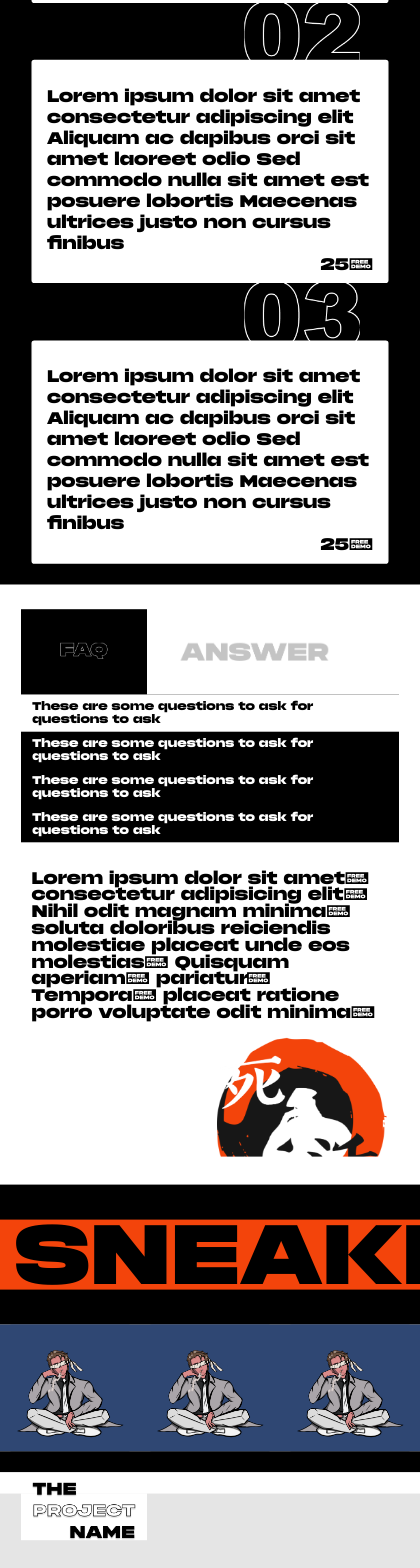
Repository: danishmahmoodawan/Sneakpeak
Page: /
The author's editor kept a copy of each file at every save. The page is drawn from the files as they stood at one save, then again after the next save.
The browser window is 600 px wide. The pictures show the part of the page from y = 1276 to 3516 px (the page is 3516 px tall), at 70% of full size.
The project was rebuilt for these pictures with package versions that can differ from the ones it lists, and the page was loaded fresh each time.

Above is the page before, as saved 2022-02-28 22:22:46.

### public/index.html
<!DOCTYPE html>
<html lang="en">
  <head>
    <meta charset="utf-8" />
    <meta name="viewport" content="width=device-width, initial-scale=1" />
    <link rel="stylesheet" href="https://cdnjs.cloudflare.com/ajax/libs/twitter-bootstrap/4.6.0/css/bootstrap.min.css">
	<link rel="stylesheet" href="https://cdnjs.cloudflare.com/ajax/libs/font-awesome/5.15.4/css/all.min.css">
	<link rel="stylesheet" href="assets/css/style.css">
	<title>SneakPeak</title>
  </head>
  <body>
    <noscript>You need to enable JavaScript to run this app.</noscript>
    <div id="root"></div>
	<script src="https://cdnjs.cloudflare.com/ajax/libs/jquery/3.5.1/jquery.slim.min.js"></script>
	<script src="https://cdnjs.cloudflare.com/ajax/libs/popper.js/1.16.1/umd/popper.min.js"></script>
  <script src="https://cdnjs.cloudflare.com/ajax/libs/twitter-bootstrap/4.6.0/js/bootstrap.min.js"></script>
  <link rel="stylesheet" href="https://fonts.googleapis.com/css2?family=Inter:wght@100;200;300;400;500;600;700;800;900&display=swap"/>
  <link rel="stylesheet" href="https://fonts.googleapis.com/css2?family=VT323:wght@400&display=swap"/>
  </body>
</html>

### src/App.js
import Home from "./pages/Home";

function App() {
  return (
    <div>
      <Home />
    </div>
  );
}

export default App;

### src/pages/Home.js

import { useState, useEffect } from 'react';
function Home() {

  return (
   <>
 <section className="top_section">
            <div className="container">
                <div className="row">
                    <div className="col-12 text-center top_image">
                        <div className="social_div">
                            <img src="assets/images/ICON_INSTA24.png" alt="ICON_INSTA24" className="desktop_image"/>
                            <img src="assets/images/ICON_MEDIUM25.png" alt="ICON_MEDIUM25" className="desktop_image"/>
                            <img src="assets/images/ICON_OS26.png" alt="ICON_OS26" className="desktop_image"/>
                            <img src="assets/images/ICON_TWITTER27.png" alt="ICON_TWITTER27" className="desktop_image"/>
                            <img src="assets/images/ICON_DISCORD28.png" alt="ICON_DISCORD28" className="desktop_image"/>
                        </div>
                    </div>
                </div>
            </div>
        </section>
        <section className="first_section"></section>

        <section className="second_section">
            <div className="container">
                <div className="row d-flex align-items-center justify-content-center">
                    <div className="col-12 col-md-5 left_sec_col img_col">
                        <div className="row">
                          <div className="col-12 right_inner_sec_col row_set_whi">
                                <div className="row">
                                    <div className="col-4 col_white">
                                        <p>PRICE</p>
                                    </div>
                                    <div className="col-8 col_black">
                                        <p>0.15 Ξ</p>
                                    </div>
                                </div>
                                <div className="row">
                                    <div className="col-4 col_white">
                                        <p>TOTAL</p>
                                    </div>
                                    <div className="col-8 col_black">
                                        <p>1125 / 3333</p>
                                    </div>
                                </div>
                                <div className="row">
                                    <div className="col-4 col_white">
                                        <p>LIMIT</p>
                                    </div>
                                    <div className="col-8 col_black">
                                        <p>5 PER TX</p>
                                    </div>
                                </div>
                            </div>
                        </div>

                    </div>
                    <div className="col-12 col-md-2 left_sec_col text-center">
                        <div className="row"><div className="col-12 icon_size p-0"> <a href="#" target={{target:"_blank"}}> <svg xmlns="http://www.w3.org/2000/svg" width="50" height="40" fill="currentColor" className="bi bi-chevron-compact-up" viewBox="0 0 16 16">
  <path fill-rule="evenodd" d="M7.776 5.553a.5.5 0 0 1 .448 0l6 3a.5.5 0 1 1-.448.894L8 6.56 2.224 9.447a.5.5 0 1 1-.448-.894l6-3z"/>
</svg></a></div>
 </div>
                        <div className="row"><div className="col-12 icon_size p-0"><span className="counts"> 5 </span></div> </div>
                        <div className="row"><div className="col-12 icon_size p-0"><a href="#" target={{target:"_blank"}}> <svg xmlns="http://www.w3.org/2000/svg" width="50" height="40" fill="currentColor" className="bi bi-chevron-compact-down" viewBox="0 0 16 16">
  <path fill-rule="evenodd" d="M1.553 6.776a.5.5 0 0 1 .67-.223L8 9.44l5.776-2.888a.5.5 0 1 1 .448.894l-6 3a.5.5 0 0 1-.448 0l-6-3a.5.5 0 0 1-.223-.67z"/>
</svg></a></div>
 </div>
                    </div>
                    <div className="col-12 col-md-2 mintbtns right_col">
                    <button className=" m-2">MINT <br /> NOW</button>
                    </div>
                </div>
            </div>
        </section>

        <section className="third_section roadmapSec">
            <div className="container">
                <div className="row third_row">
                <div className="col-12 "><h1>ROADMAP</h1></div>
                 </div>
                 <div className="row set_map">
                 <div className="col-sm-12 col-md-4">
                 <div className="btn map_one maptwo btn-primary position-relative">
             <p>    Lorem ipsum dolor sit amet consectetur adipiscing elit Aliquam ac dapibus orci sit amet laoreet odio Sed commodo nulla sit amet est posuere lobortis Maecenas ultrices justo non cursus finibus </p>
  <span className="position-absolute top-0 start-100 translate-middle badge rounded-pill set_ict">
  <img src="assets/images/01.png" alt="PREVIEW_Artboard321293" className="desktop122_image" />
  </span>
  <p className="text-right">25%</p>
</div>
                 </div>
                 <div className="col-sm-12 col-md-4">
                 <div className="btn map_one maptwo btn-primary position-relative">
             <p>    Lorem ipsum dolor sit amet consectetur adipiscing elit Aliquam ac dapibus orci sit amet laoreet odio Sed commodo nulla sit amet est posuere lobortis Maecenas ultrices justo non cursus finibus </p>
  <span className="position-absolute top-0 start-100 translate-middle badge rounded-pill set_ict">
  <img src="assets/images/02.png" alt="PREVIEW_Artboard321293" className="desktop122_image" />
  </span>
  <p className="text-right">25%</p>
</div>
                 </div>
                 <div className="col-sm-12 col-md-4">
                 <div className="btn map_one maptwo btn-primary position-relative">
             <p>    Lorem ipsum dolor sit amet consectetur adipiscing elit Aliquam ac dapibus orci sit amet laoreet odio Sed commodo nulla sit amet est posuere lobortis Maecenas ultrices justo non cursus finibus </p>
  <span className="position-absolute top-0 start-100 translate-middle badge rounded-pill set_ict">
  <img src="assets/images/03.png" alt="PREVIEW_Artboard321293" className="desktop122_image" />
  </span>
  <p className="text-right">25%</p>
</div>
                 </div>
                 </div>
             </div>
        </section>
        <section className="forth_section faq_container">
            <div className="container">
            <div className="row">
            <div className="col-4 faq_col p-5">
            <img src="assets/images/faq.png" alt="PREVIEW_Artboard321293" className="desktop122_image" />
</div>
            <div className="col-8 p-5">
            <img src="assets/images/answer.png" alt="PREVIEW_Artboard321293" className="desktop122_image" />
            </div>
            </div>



<div className="row">
<div className="col-md-4 bg_link faq_tabss p-0">

    <ul className="nav md-pills pills-secondary d-flex flex-column">
      <li className="nav-item">
        <a className="nav-link active" data-toggle="tab" href="#panel11" role="tab">These are some questions to ask for questions to ask</a>
      </li>
      <li className="nav-item">
        <a className="nav-link" data-toggle="tab" href="#panel12" role="tab">These are some questions to ask for questions to ask</a>
      </li>
      <li className="nav-item">
        <a className="nav-link" data-toggle="tab" href="#panel13" role="tab">These are some questions to ask for questions to ask</a>
      </li>
      <li className="nav-item">
        <a className="nav-link" data-toggle="tab" href="#panel14" role="tab">These are some questions to ask for questions to ask</a>
      </li>
    </ul>

  </div>
  <div className="col-md-8 logo_ns">

    <div className="tab-content pt-0">

      <div className="tab-pane fade in show active" id="panel11" role="tabpanel">
        <br />

        <p>Lorem ipsum dolor sit amet, consectetur adipisicing elit. Nihil odit magnam minima, soluta doloribus
          reiciendis molestiae placeat unde eos molestias. Quisquam aperiam, pariatur. Tempora, placeat ratione
          porro voluptate odit minima.</p>
          <img src="assets/images/logo_set.png" alt="LOGO" className="desktop122_image" />


      </div>
      <div className="tab-pane fade" id="panel12" role="tabpanel">
        <br />

        <p>Lorem ipsum dolor sit amet, consectetur adipisicing elit. Nihil odit magnam minima, soluta doloribus
          reiciendis molestiae placeat unde eos molestias. Quisquam aperiam, pariatur. Tempora, placeat ratione
          porro voluptate odit minima.</p>
        <p>Lorem ipsum dolor sit amet, consectetur adipisicing elit. Nihil odit magnam minima, soluta doloribus
          reiciendis molestiae placeat unde eos molestias. Quisquam aperiam, pariatur. Tempora, placeat ratione
          porro voluptate odit minima.</p>

      </div>
      <div className="tab-pane fade" id="panel13" role="tabpanel">
        <br />

        <p>Lorem ipsum dolor sit amet, consectetur adipisicing elit. Nihil odit magnam minima, soluta doloribus
          reiciendis molestiae placeat unde eos molestias. Quisquam aperiam, pariatur. Tempora, placeat ratione
          porro voluptate odit minima.</p>
          <img src="assets/images/logo_set.png" alt="LOGO" className="desktop122_image" />


      </div>
      <div className="tab-pane fade" id="panel14" role="tabpanel">
        <br />

        <p>Lorem ipsum dolor sit amet, consectetur adipisicing elit. Nihil odit magnam minima, soluta doloribus
          reiciendis molestiae placeat unde eos molestias. Quisquam aperiam, pariatur. Tempora, placeat ratione
          porro voluptate odit minima.</p>
        <p>Lorem ipsum dolor sit amet, consectetur adipisicing elit. Nihil odit magnam minima, soluta doloribus
          reiciendis molestiae placeat unde eos molestias. Quisquam aperiam, pariatur. Tempora, placeat ratione
          porro voluptate odit minima.</p>

      </div>


    </div>


</div>

</div>
</div>


        </section>

        <section className="fifth_section">
            <div className="container-fluid fifth_container">
            <div className="row"><div className="col-12">
                <h2 className="road_map">SNEAKPEEK</h2>
            </div></div></div>
        </section>
        <section className="six_section">
            <div className="container-fluid">
            <div className="row">
            <div className="col-4">
            <img src="assets/images/char_img.png" alt="char_img" className="desktop122_image" />
            </div>
            <div className="col-4">
            <img src="assets/images/char_img.png" alt="char_img" className="desktop122_image" />
            </div>
            <div className="col-4">
            <img src="assets/images/char_img.png" alt="char_img" className="desktop122_image" />
            </div>

            </div>
            </div>
        </section>
        <section>
        <div className="row">
            <div className="col-12">
            <div className="empty_div"> </div>
            </div>
            <div className="col-12">
            <div className="empty_divs"> </div>
            </div>
            </div>
        </section>
        <section className="section_seven">
        <div className="container">
        <div className="row">
            <div className="col-4 col_white ">
            <img src="assets/images/project_name.png" alt="char_img" className="desktop122_image" />
            </div>
            </div>
            </div>
        </section>

	</>
  );
}

export default Home;

### public/assets/css/style.css
html {
  font-family: Inter;
  font-size: 16px;
}
body{
  overflow-x: hidden;
}
@font-face {
  font-family: 'Phonk-cont';
  src: url('../fonts/Phonk-ContrastDEMO.ttf');
}
@font-face {
  font-family: 'Phonk-regular';
  src: url('../fonts/Phonk-ReguularDEMO.ttf');
}
body {
  font-weight: 400;
  font-style:normal;
  text-decoration: none;
  text-transform: none;
  letter-spacing: normal;
  line-height: 1.15;
  color: var(--dl-color-gray-black);
  background-color: var(--dl-color-gray-white);
}
p{
  margin-bottom: 0px;
  font-family: Phonk-cont;
  font-size: 24px;
  font-style: normal;
  font-weight: 400;
  line-height: 24px;
  letter-spacing: 0em;
  text-align: left;
  color:#FFF
}
h2{
  font-family: 'Phonk-cont';
  font-style: normal;
  font-weight: normal;
  font-size: 72px;
  line-height: 72px;
  color: #FFFFFF;
  text-align: center;
  margin-bottom: 0;
}
:root {
  --dl-color-gray-500: #595959;
  --dl-color-gray-700: #999999;
  --dl-color-gray-900: #D9D9D9;
  --dl-size-size-large: 144px;
  --dl-size-size-small: 48px;
  --dl-color-danger-300: #A22020;
  --dl-color-danger-500: #BF2626;
  --dl-color-danger-700: #E14747;
  --dl-color-gray-black: #000000;
  --dl-color-gray-white: #FFFFFF;
  --dl-size-size-medium: 96px;
  --dl-size-size-xlarge: 192px;
  --dl-size-size-xsmall: 16px;
  --dl-space-space-unit: 16px;
  --dl-color-primary-100: #003EB3;
  --dl-color-primary-300: #0074F0;
  --dl-color-primary-500: #14A9FF;
  --dl-color-primary-700: #85DCFF;
  --dl-color-success-300: #199033;
  --dl-color-success-500: #32A94C;
  --dl-color-success-700: #4CC366;
  --dl-size-size-xxlarge: 288px;
  --dl-size-size-maxwidth: 1400px;
  --dl-radius-radius-round: 50%;
  --dl-space-space-halfunit: 8px;
  --dl-space-space-sixunits: 96px;
  --dl-space-space-twounits: 32px;
  --dl-radius-radius-radius2: 2px;
  --dl-radius-radius-radius4: 4px;
  --dl-radius-radius-radius8: 8px;
  --dl-space-space-fiveunits: 80px;
  --dl-space-space-fourunits: 64px;
  --dl-space-space-threeunits: 48px;
  --dl-space-space-oneandhalfunits: 24px;
}

.desktop122_image{
  width: 100%;
}
/* css start */
.top_section{
  background-color: #222222;
  padding: 10px;
}
.empty_div{
height: 30px;
background: #000;
}
.empty_divs{
height: 30px;
background: white;
}
.section_seven{
background:#E5E5E5;
padding-bottom: 40px;
}
.col_white{
background: white;
}
.col_white img{
  margin-top: -15px;
}
.top_content .button{
  font-family: VT323;
  font-style: normal;
  font-weight: normal;
  font-size: 16px;
  line-height: 16px;
  color: #222222;
}
.first_section{
  background-image: url('images/banner_home.png');
  background-repeat: no-repeat;
  background-size: cover;
  height: 100vh;
  background-position: center;
}
.second_section{
  background-image: url('images/aksc.png');
    background-repeat: no-repeat;
    background-size: inherit;
    background-position: center;
    margin: -30px;
    width: 100%;
}
.third_row h1{
  font-family: Phonk-cont;
  font-style: normal;
  font-weight: 600;
  font-size: 100px;
  text-align: center;
  color: white;
}
.col_white p{
  color: #fff;
  padding: 8px 0;
  text-align: center;
}

.col_black p{
  color: #F3440B;
  padding: 8px 0;
  text-align: right;
}
.img_col{
  padding: 32px 20px !important;
}
.mintbtns button{
  background: #F3440B;
border-radius: 10px;
color: white;
padding: 44px 25px;
font-family: Phonk-cont;
font-weight: 600;
font-size: 36px;
line-height: 46px;
border-color: #F3440B;
}
.mintbtns button:hover{
  background: #bc350a;
}
.counts{
  font-family: Phonk-cont;
  font-style: normal;
  font-weight: 600;
  font-size: 55px;
  color: white;
}
.icon_size{
color: white;
}
.icon_size a{
  color: white;
}
.icon_size a:hover{
  color: #F3440B;
}
.second_section .row{
  align-items: center;
}
.left_sec_col{
  background-color: #000;
  padding: 20px 15px;
  border-radius: 10px;
  margin-left: 10px;
  margin-right: 10px;
}
.second_section .right_sec_col p{
  padding-left: 30px;
}
.pluss_minus_row{
  padding: 40px;
}
.second_section a.button{
  background: linear-gradient(90.9deg, #35A9AD 0%, #9D4DB1 100%);
  color: #FFF;
  font-family: VT323;
  display: block;
  text-decoration: none;
  max-width: 370px;
  margin: 0 auto;
  margin-top: 30px;
  cursor: pointer;
}
.map_one{
  background: #444444;
  border: 2px solid #FFFFFF;
box-sizing: border-box;
padding: 35px 20px 10px 20px;
margin-top: 16%;
}
.roadmapSec{
padding: 5% 0;
}
.maptwo{
  background: white;
}
.maptwo p{
  color: #000;
}
.forth_section img{
width: 80%;
}
.map_one p{
  line-height: 30px;
}
.maptwo .badge{
top: -118px !important;
}
.maptwo img{
  width: 82%;
}
.map_one .badge{
  top: -90px;
  right: -19px;

}
.set_ict{
  font-family: Phonk-cont;
  font-style: normal;
  font-weight: 600;
  font-size: 100px;
  text-align: center;
  color: white;
}
.map_one:hover{
  background: #444444;
  border: 2px solid #FFFFFF;
}
.maptwo:hover{
  background: white;
}
.map_one:active, .map_one:focus{
  background-color: #444444 !important;
  box-shadow: none !important;
  border-color: #fff !important;
}
.map_two:active, .map_two:focus{
  background-color: white !important;
  box-shadow: none !important;
  border-color: #fff !important;
}
.map_one:not(:disabled):not(.disabled){
  cursor: auto;
}
p.sol{
  color: rgba(34, 34, 34, 0.5);
  text-align: center;
  padding-top: 8px;
}
.third_section{
  background-color: black;
  padding-top: 7%;
}
.faq_container{
  background: white;
}
.faq_container h2{
  padding: 0 30px;

}
.faq_col{
background: black;
display: block;
text-align: center;
}
.bg_link{
  background: black;
}

.forth_left_col{
  background-color: #222222;
}
.forth_section p{
  margin: 20px 0;
  color: black;
}
.logo_ns img{
width: 50%;
float: right;
}
.forth_left_col p{
  background-color: #111111;
  color: #FFF;
  padding: 10px 20px;
}
.forth_right_col{
  padding-left: 100px;
}
.forth_right_col p{
  color: #111111;
}
.fifth_section{
  background: black;
  padding: 50px 0;
}
.fifth_section .container:not(:last-child) {
  background: #C4C4C4;
  max-width: 900px;
  margin: 0 auto;
  padding: 50px 30px 100px;
}

.fifth_section h2.road_map{
  font-size: 120px;
  line-height: 60px;
color:black;
text-align: left;
}
.fifth_section p{
  color: #111111;
}
.fifth_container{
background: #F3440B;
padding: 20px;
}
.six_section{
background: #2f4773;
}
.fifth_left_col{
  background-color: #FFF;
  border-right: 8px solid rgba(17, 17, 17, 0.5);
  border-bottom: 8px solid rgba(17, 17, 17, 0.5);
}
.fifth_left_col h2{
  font-size: 100px;
  line-height: 100px;
  color: #000000;
  padding: 20px;
}
.fifth_last_row .fifth_left_col{
  background: linear-gradient(90.9deg, #35A9AD 0%, #9D4DB1 100%);
  border-right: 8px solid rgba(255, 255, 255, 0.5);
  border-bottom: 8px solid rgba(255, 255, 255, 0.5);
}
.fifth_last_row .fifth_left_col h2{
  color: #FFF;
}
.logo_container{
  background-color: #FFF;
}
/* FAQ Start */
.faq_tabss a{
color: white;
font-family: Phonk-cont;
}
.faq_tabss .active{
background: white;
color: black;
}
/* FAQ STart */
/* media query */
@media only screen and (min-width: 1025px) {

}
@media only screen and (max-width: 1024px) and (min-width: 992px) {

  .first_section{
    height: 26vh;
    background-size: contain;
  }
  .right_third_col{
    background-size: cover;
  }
}

@media only screen and (max-width: 992px) and (min-width: 768px) {
  .first_section{
    height: 26vh;
  }
  .pluss_minus_row{
    padding: 25px;
  }
  .col_white p ,.col_black p{
    font-size: 18px;
  }
  .right_third_col{
    background-size: cover;
  }
}
@media only screen and (max-width: 767px) {
  h2{
    font-size: 36px;
    line-height: 42px;
  }
  .third_row h1{
    font-size: 30px;
  }
  .first_section {
    background-size: contain;
    height: 160px;
  }
  .top_section .col-6{
padding: 0;
  }
  .right_sec_col{
    padding-top: 30px;
  }
  .second_section p{
    padding: 0 25px;
    text-align: center;
  }
  .row_set_whi{
    margin: 10px -25px;
  }
  .footer_row .col_ew{
display: none;
  }
  .faq_container{
    padding: 35px 0 30px;
  }
  .right_third_col .container{
    position: initial
  }
  .right_third_col .container .row{
    margin-top: 20px;
  }
  .right_third_col a{
    margin-bottom: 10px;
  }
  .forth_right_col{
    padding: 0 15px ;
  }
  .forth_section{
    padding-bottom: 40px;
  }
  .fifth_section p{
    margin-top: 20px;
  }
  .fifth_section .container:not(:last-child){
    padding-bottom: 40px;
  }
  body, html{
    overflow-x: hidden;
  }
}

@media only screen and (max-width: 767px) and (min-width: 540px) {
  .first_section{
    height: 33vh;
    background-size: contain;
  }
}

Loaded but not shown: src/index.js (common file); src/index.css (common file); src/reportWebVitals.js (common file)

After the next save:
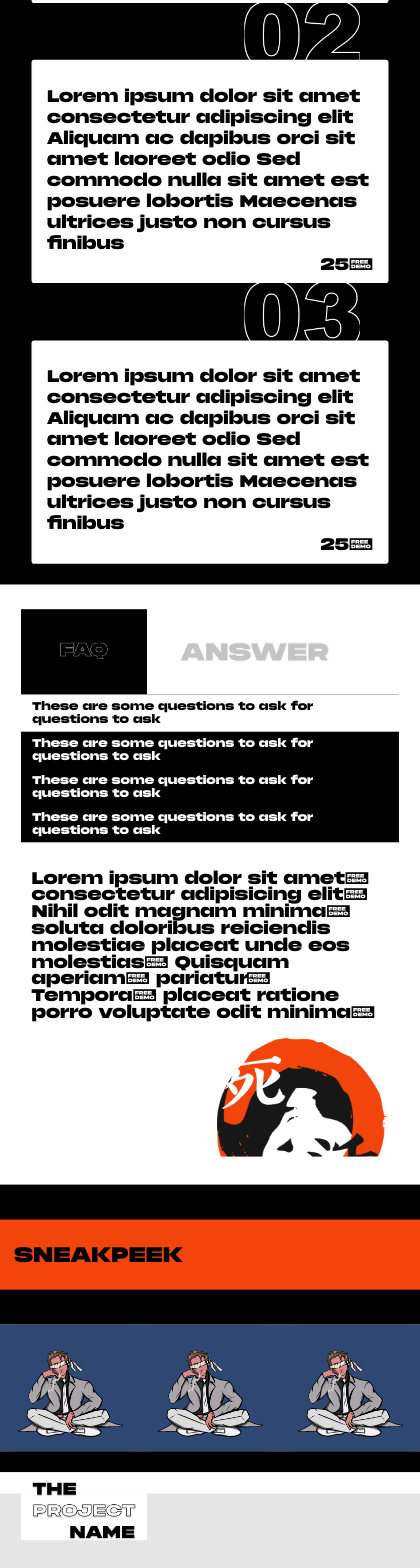
Saved 15 s later.
--- a/public/assets/css/style.css
+++ b/public/assets/css/style.css
@@ -410,7 +410,7 @@ color: black;
     font-size: 36px;
     line-height: 42px;
   }
-  .third_row h1{
+  .third_row h1, .fifth_section h2.road_map{
     font-size: 30px;
   }
   .first_section {
